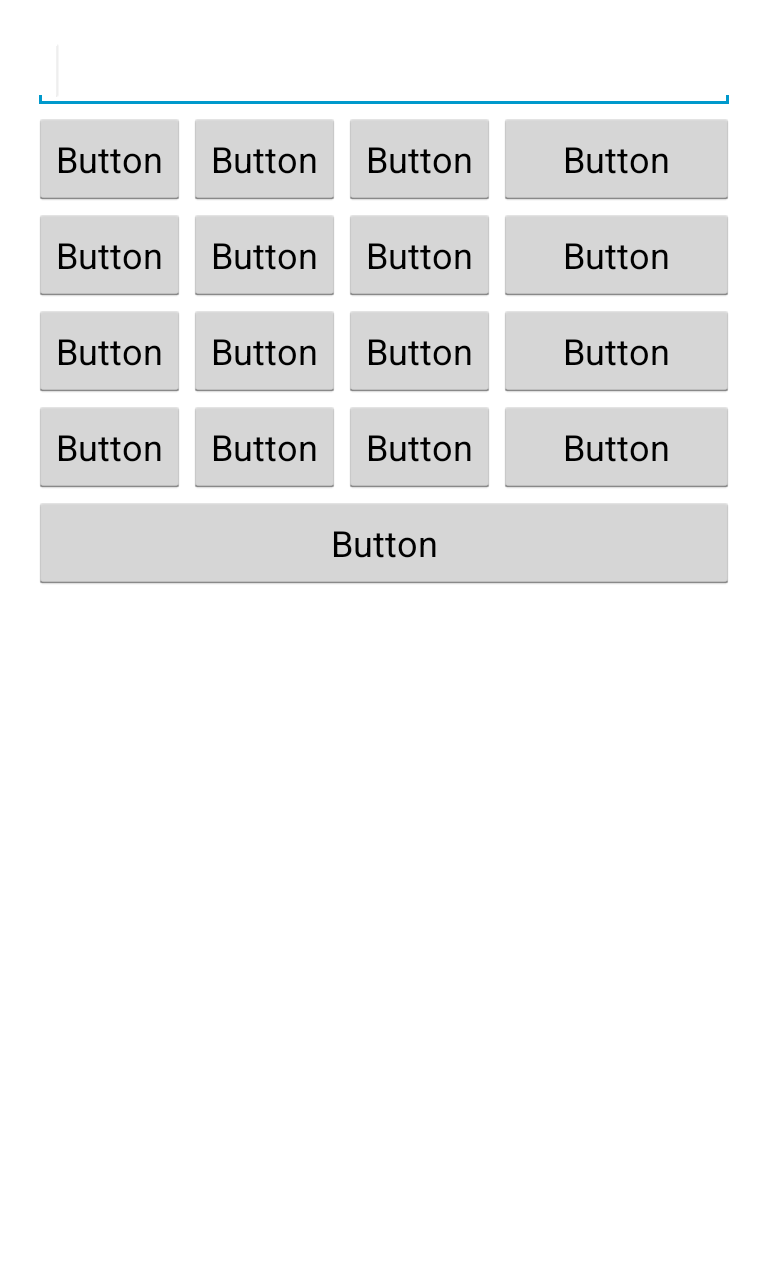
Repository: HGtz2222/LearningAndroid
Layout: test1/Calc/res/layout/activity_main.xml
The author's editor kept a copy of each file at every save. The layout is drawn from the files as they stood at one save, then again after the next save.
It is drawn on a 768 x 1280 px phone screen (xhdpi) without system bars, with theme AppTheme; the app's code is not run.

Above is the layout before, as saved 2014-09-15 02:51:51.

After the next save:
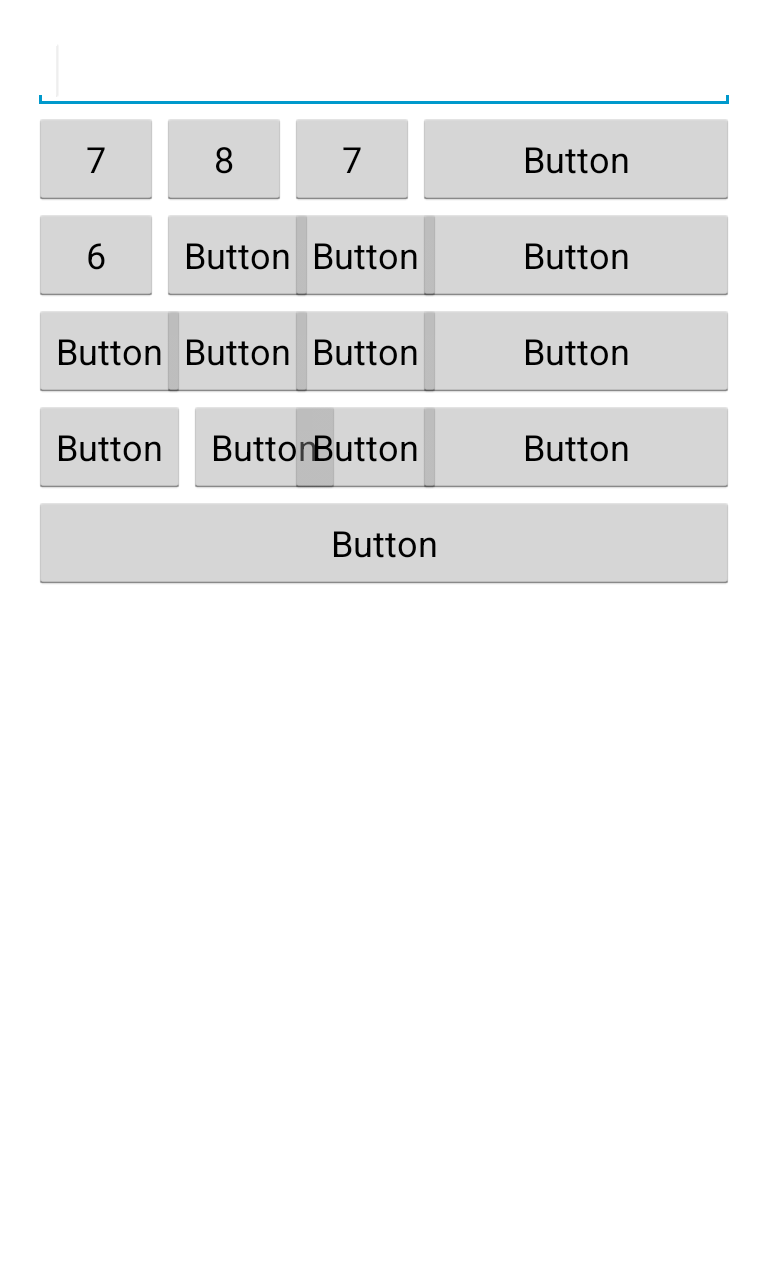
Saved 61 s later.
--- a/test1/Calc/res/layout/activity_main.xml
+++ b/test1/Calc/res/layout/activity_main.xml
@@ -28,7 +28,7 @@
             android:layout_height="wrap_content"
             android:layout_alignParentLeft="true"
             android:layout_alignParentTop="true"
-            android:text="Button" />
+            android:text="@string/num7" />
 
         <Button
             android:id="@+id/button2"
@@ -36,7 +36,7 @@
             android:layout_height="wrap_content"
             android:layout_alignParentTop="true"
             android:layout_toRightOf="@+id/button1"
-            android:text="Button" />
+            android:text="@string/num8" />
 
         <Button
             android:id="@+id/button3"
@@ -44,7 +44,7 @@
             android:layout_height="wrap_content"
             android:layout_alignParentTop="true"
             android:layout_toRightOf="@+id/button2"
-            android:text="Button" />
+            android:text="@string/num7" />
 
         <Button
             android:id="@+id/button4"
@@ -52,7 +52,7 @@
             android:layout_height="wrap_content"
             android:layout_alignParentLeft="true"
             android:layout_below="@+id/button1"
-            android:text="Button" />
+            android:text="@string/num6" />
 
         <Button
             android:id="@+id/button5"
